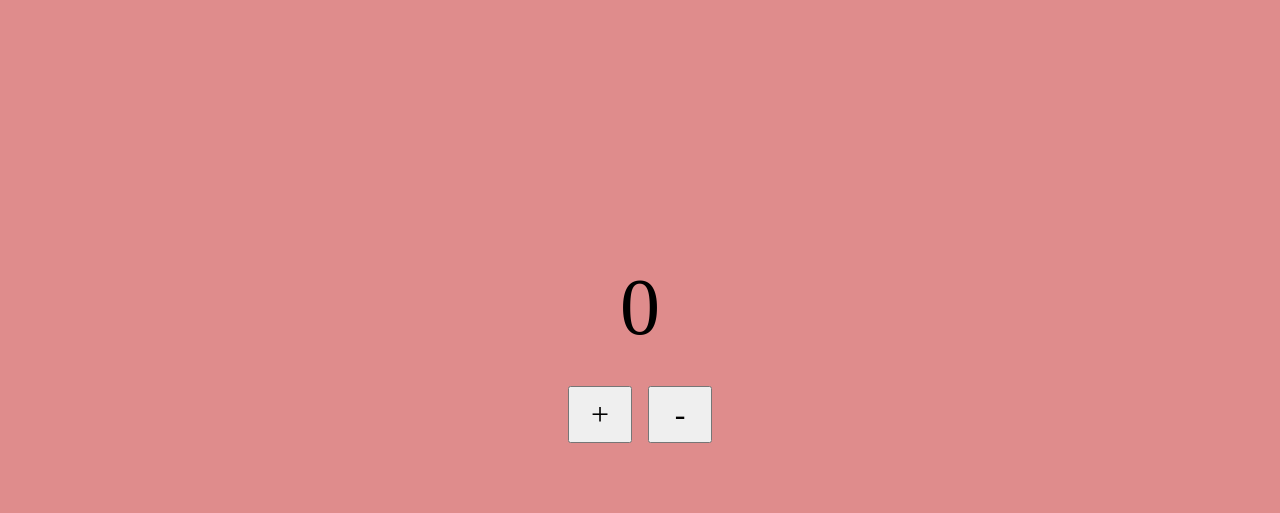
Repository: nasimqureshi/counter-in-redux
Page: /
An editor plug-in stored every save of this project. The page is shown before and after a run of saves, followed by the edit.
The browser window is 1280 px wide. The pictures show the whole page.
The project was rebuilt for these pictures with package versions that can differ from the ones it lists, and the page was loaded fresh each time.

Above is the page before, as saved 2024-10-16 22:59:18.

### src/index.js
import React from 'react';
import ReactDOM from 'react-dom';
import './index.css';
import App from './App';
import { store } from './app/store';
import { Provider } from 'react-redux';

ReactDOM.render(
  <React.StrictMode>
    <Provider store={store}>
      <App />
    </Provider>
  </React.StrictMode>,
  document.getElementById('root')
);

### src/index.css
* {
  margin: 0;
  padding: 0;
  box-sizing: border-box;
}

body {
  min-height: 100vh;
  font-size: 5rem;
  display: grid;
  place-content: center;
  background-color: #df8c8c;
}

input,
button {
  font: inherit;
  padding: 0.5rem;
}

section {
  display: flex;
  flex-direction: column;
  justify-content: center;
  align-items: center;
}

input {
  text-align: center;
  max-width: 2.5em;
}

button {
  font-size: 2rem;
  margin: 0.5em 0 0.5em 0.5em;
  min-width: 2em;
}

button:first-child {
  margin-left: 0;
}

### src/App.js

import Counter from "./features/counter/Counter";
function App() {
  return (
    <div className="App">
      <Counter />
    </div>
  );
}

export default App;

### src/app/store.js
import { configureStore } from "@reduxjs/toolkit";
import counterReducer from '../features/counter/counterSlice';

export const store = configureStore({
  reducer: {
    counter: counterReducer,
  }
})

### src/features/counter/Counter.js
import React from 'react';
import { useSelector, useDispatch } from 'react-redux';
import { increment, decrement } from './counterSlice';

const Counter = () => {
  const count = useSelector((state) => state.counter.count);
  const dispatch = useDispatch();

  return (
    <section>
      <p>{count}</p>

      <div>
        <button onClick={()=> dispatch(increment())}>+</button>
        <button onClick={()=> dispatch(decrement())}>-</button>
      </div>
    </section>
  );
}

export default Counter;

### src/features/counter/counterSlice.js
import { createSlice } from '@reduxjs/toolkit'

const initialState = {
  count: 0
}
export const counterSlice = createSlice({
    name:'counter',
    initialState,
    reducers: {
      increment: (state) => {
        state.count += 1;
      },
      decrement: (state) => {
        state.count -= 1;
      }
    }
})
export const { increment, decrement } = counterSlice.actions;
export default counterSlice.reducer;

Loaded but not shown: public/index.html (common file)

After the next 3 saves:
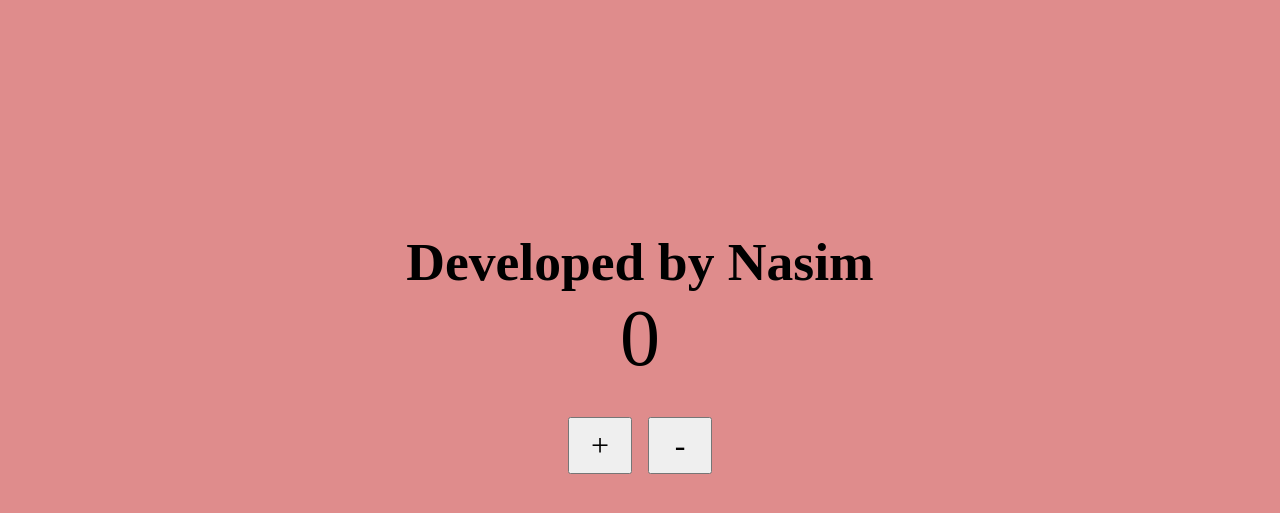
The 3 saves are shown as one change because they came seconds apart.
The last was saved 13 s later.
--- a/src/features/counter/Counter.js
+++ b/src/features/counter/Counter.js
@@ -8,6 +8,7 @@ const Counter = () => {
 
   return (
     <section>
+      <h6>Developed by Nasim</h6>
       <p>{count}</p>
 
       <div>
